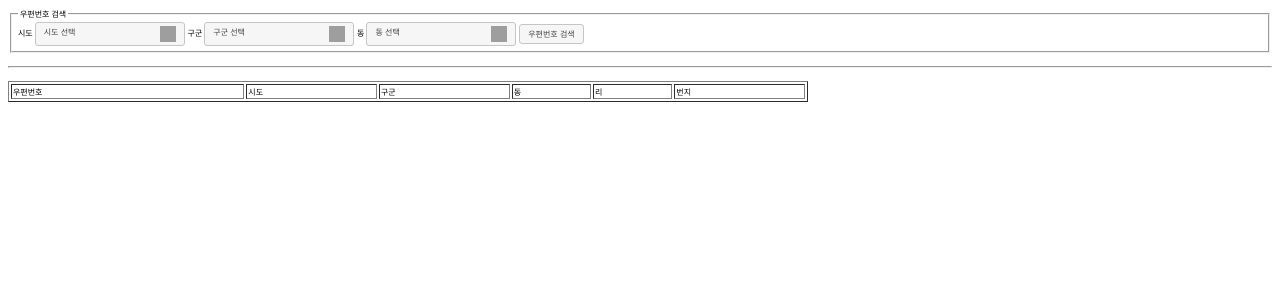
Repository: KYJIN1024/kic_jquery
Page: http://localhost/jQueryUIEx03/zipcode02.jsp
These files come from the project's save history. The page is drawn as it stood at one moment and after the next save; the edit follows.
The browser window is 1280 px wide. The pictures show the whole page.
Pictures or frames that could not be fetched are drawn as grey boxes. The page is served by Tomcat 9.

Above is the page before, as saved 2023-05-17 07:29:38.

After the next save:
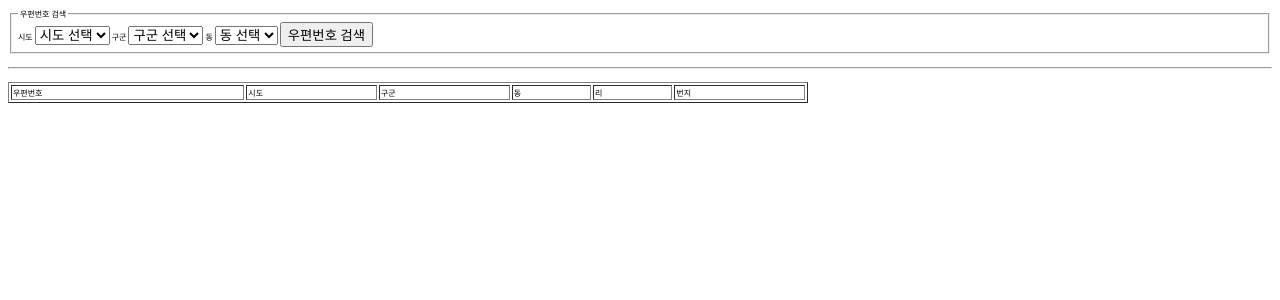
Console error: SyntaxError: Unexpected end of input
Saved 4 min 7 s later.
--- a/jQueryUIEx03/src/main/webapp/zipcode02.jsp
+++ b/jQueryUIEx03/src/main/webapp/zipcode02.jsp
@@ -15,7 +15,15 @@
 <script src="./js/jquery-ui.js"> </script>
 <script>
 	$( document ).ready( function(){
-		$('#sido, #gugun, #dong').selectmenu({
+		$('#sido').selectmenu({
+			width: 150
+		});
+	$( document ).ready( function(){
+		$('#gugun').selectmenu({
+			width: 150
+		});
+	$( document ).ready( function(){
+		$('#dong').selectmenu({
 			width: 150
 		});
 	$('#btn').button();
